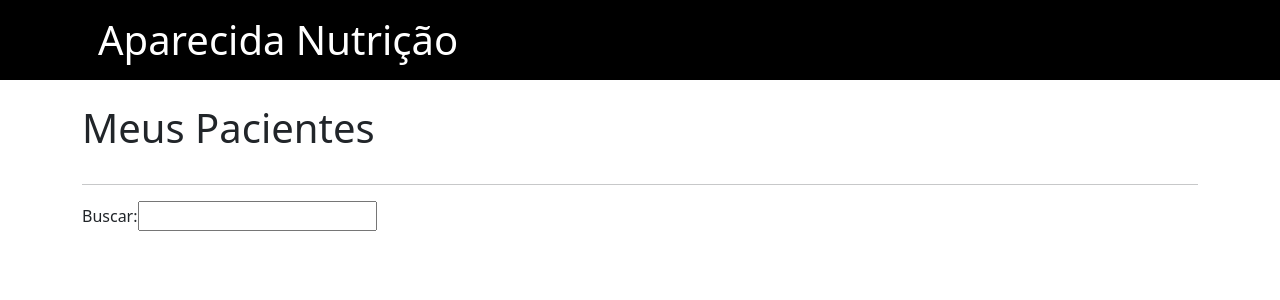
Repository: eversonps/app-paciente
Page: / (app in frontend/)
An editor plug-in stored every save of this project. The page is shown before and after the next save, followed by the edit.
The browser window is 1280 px wide. The pictures show the whole page.
The project was rebuilt for these pictures with package versions that can differ from the ones it lists, and the page was loaded fresh each time.

Above is the page before, as saved 2022-03-28 13:50:50.

### frontend/src/index.js
import React from 'react';
import ReactDOM from 'react-dom';
import './index.css';
import App from './App';
import  '../node_modules/bootstrap/dist/css/bootstrap.min.css'

ReactDOM.render(
    <App />,
    document.getElementById('root')
);

### frontend/src/App.jsx
import Header from "./components/Header";
import MyPacients from "./components/MyPacients";
import Main from "./components/Main"

function App() {
  return (
    <div className="App">
        <Header></Header>
        <Main>
            <MyPacients></MyPacients>
        </Main>
    </div>
  );
}

export default App;

### frontend/src/components/Header.jsx
import React from "react";

export default props => {
    return (
        <header className="bg-black">
            <div className="container">
                <h1 className="text-white p-3">Aparecida Nutrição</h1>
            </div>
        </header>
    )
}

### frontend/src/components/MyPacients.jsx
import React from "react";

export default props => (
    <div>
        <h1 className="pt-3 pb-3">Meus Pacientes</h1>
        <hr />
        <div>
            <label className="mr-4">Buscar: </label>
            <input type="text" />
        </div>
    </div>
)

### frontend/src/components/Main.jsx
import React from "react";

export default props => (
    <main className="container">
        {props.children}
    </main>
)

Loaded but not shown: frontend/public/index.html (common file); frontend/src/index.css (common file)

After the next save:
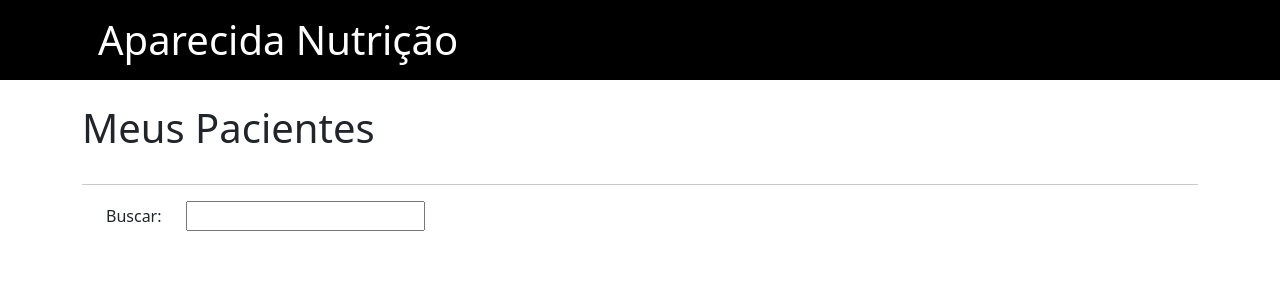
Saved 7 s later.
--- a/frontend/src/components/MyPacients.jsx
+++ b/frontend/src/components/MyPacients.jsx
@@ -5,7 +5,7 @@
         <h1 className="pt-3 pb-3">Meus Pacientes</h1>
         <hr />
         <div>
-            <label className="mr-4">Buscar: </label>
+            <label className="mx-4">Buscar: </label>
             <input type="text" />
         </div>
     </div>

After the save that followed:
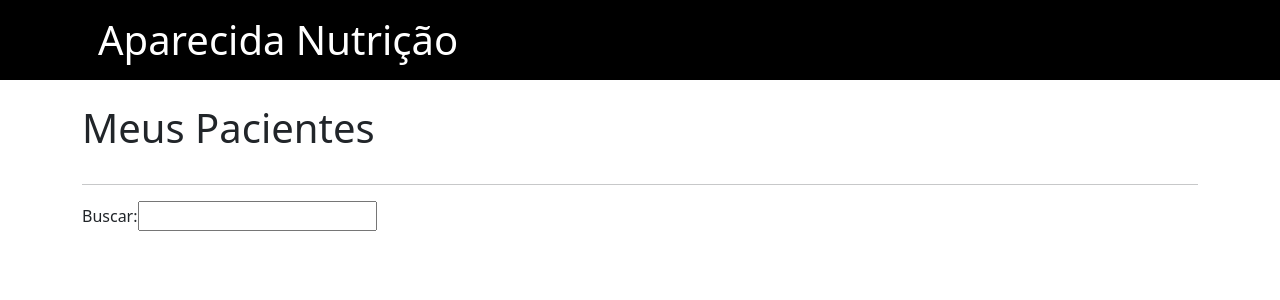
Saved 14 s later.
--- a/frontend/src/components/MyPacients.jsx
+++ b/frontend/src/components/MyPacients.jsx
@@ -5,7 +5,7 @@
         <h1 className="pt-3 pb-3">Meus Pacientes</h1>
         <hr />
         <div>
-            <label className="mx-4">Buscar: </label>
+            <label className="ml-4">Buscar: </label>
             <input type="text" />
         </div>
     </div>
